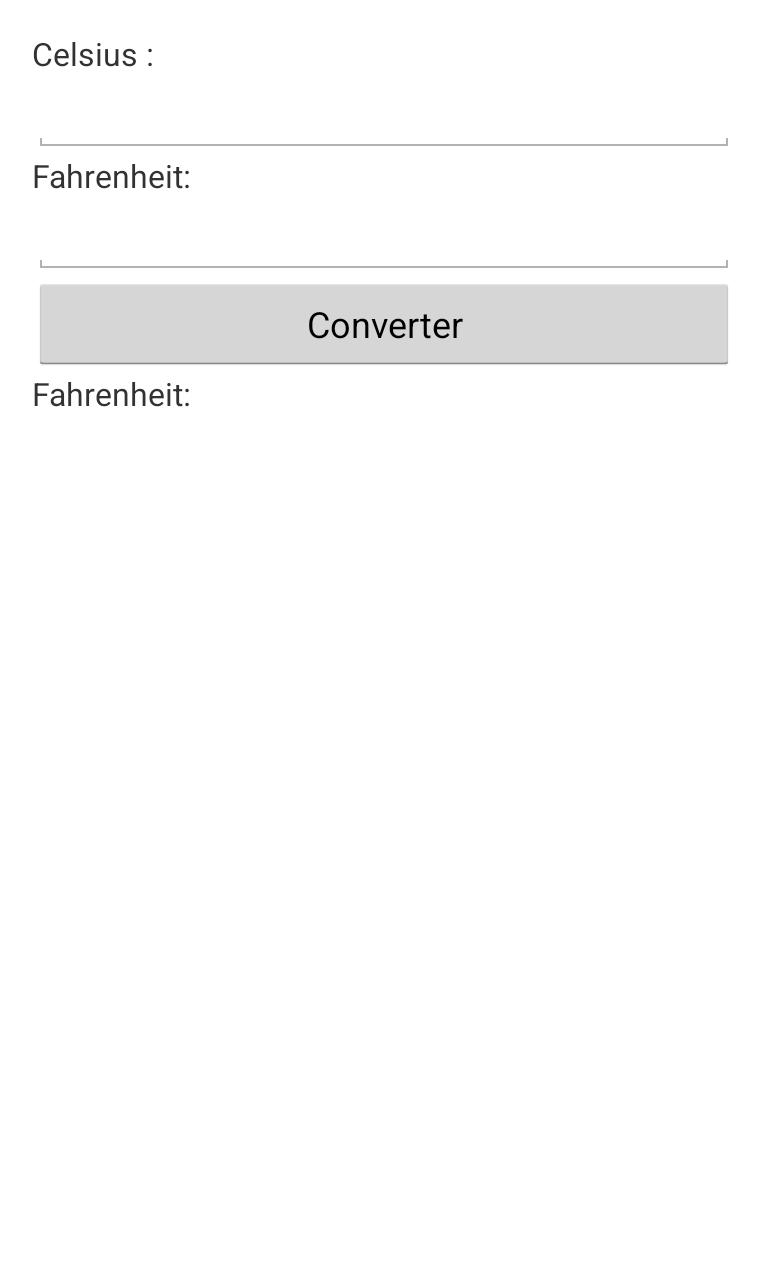
Repository: erickluz/Android
Layout: CelsiusToFahrenheit/res/layout/activity_main.xml
The author's editor kept a copy of each file at every save. The layout is drawn from the files as they stood at one save, then again after the next save.
It is drawn on a 768 x 1280 px phone screen (xhdpi) without system bars, with theme AppTheme; the app's code is not run.

Above is the layout before, as saved 2016-03-15 00:16:13.

### CelsiusToFahrenheit/res/layout/activity_main.xml
<LinearLayout xmlns:android="http://schemas.android.com/apk/res/android"
    xmlns:tools="http://schemas.android.com/tools"
    android:layout_width="match_parent"
    android:layout_height="match_parent"
    android:paddingBottom="@dimen/activity_vertical_margin"
    android:paddingLeft="@dimen/activity_horizontal_margin"
    android:paddingRight="@dimen/activity_horizontal_margin"
    android:paddingTop="@dimen/activity_vertical_margin"
    android:orientation="vertical"
    tools:context="com.erick.celsiustofahrenheit.MainActivity" >

    <TextView
        android:layout_width="wrap_content"
        android:layout_height="wrap_content"
        android:textSize="16sp"
        android:text="@string/celsius" />

  <EditText
      	android:id="@+id/txtCelcius"
      	android:labelFor="@+id/txtCelcius"
      	android:layout_width="fill_parent"
      	android:layout_height="wrap_content"
      	android:inputType="number"/>

    <TextView
        android:layout_width="wrap_content"
        android:layout_height="wrap_content"
        android:textSize="16sp"
        android:text="@string/fahrenheit" />

  <EditText
      	android:id="@+id/txtFahrenheit"
      	android:labelFor="@+id/txtFahrenheit"
      	android:layout_width="fill_parent"
      	android:layout_height="wrap_content"
      	android:inputType="number"/>

  <Button
      	android:id="@+id/btnOk"
      	android:labelFor="@+id/btnOk"
      	android:text="@string/conversao"
      	android:layout_width="fill_parent"
      	android:layout_height="wrap_content"/>

   <TextView
       	android:id="@+id/lblFahrenheit"
        android:layout_width="wrap_content"
        android:layout_height="wrap_content"
        android:textSize="16sp"
        android:text="@string/fahrenheit" />


</LinearLayout>

### CelsiusToFahrenheit/res/values/strings.xml
<?xml version="1.0" encoding="utf-8"?>
<resources>

    <string name="app_name">CelsiusToFahrenheit</string>
    <string name="hello_world">Hello world!</string>
    <string name="action_settings">Settings</string>
    <string name="celsius">Celsius :</string>
    <string name="fahrenheit">Fahrenheit:</string>
    <string name="conversao">Converter</string>
    <string name="temperatura">Temperatura:</string>

</resources>

Loaded but not shown: CelsiusToFahrenheit/res/values/styles.xml (common file); CelsiusToFahrenheit/res/values-v11/styles.xml (common file); CelsiusToFahrenheit/res/values-v14/styles.xml (common file); CelsiusToFahrenheit/res/values/dimens.xml (common file); CelsiusToFahrenheit/res/values-w820dp/dimens.xml (common file)

After the next save:
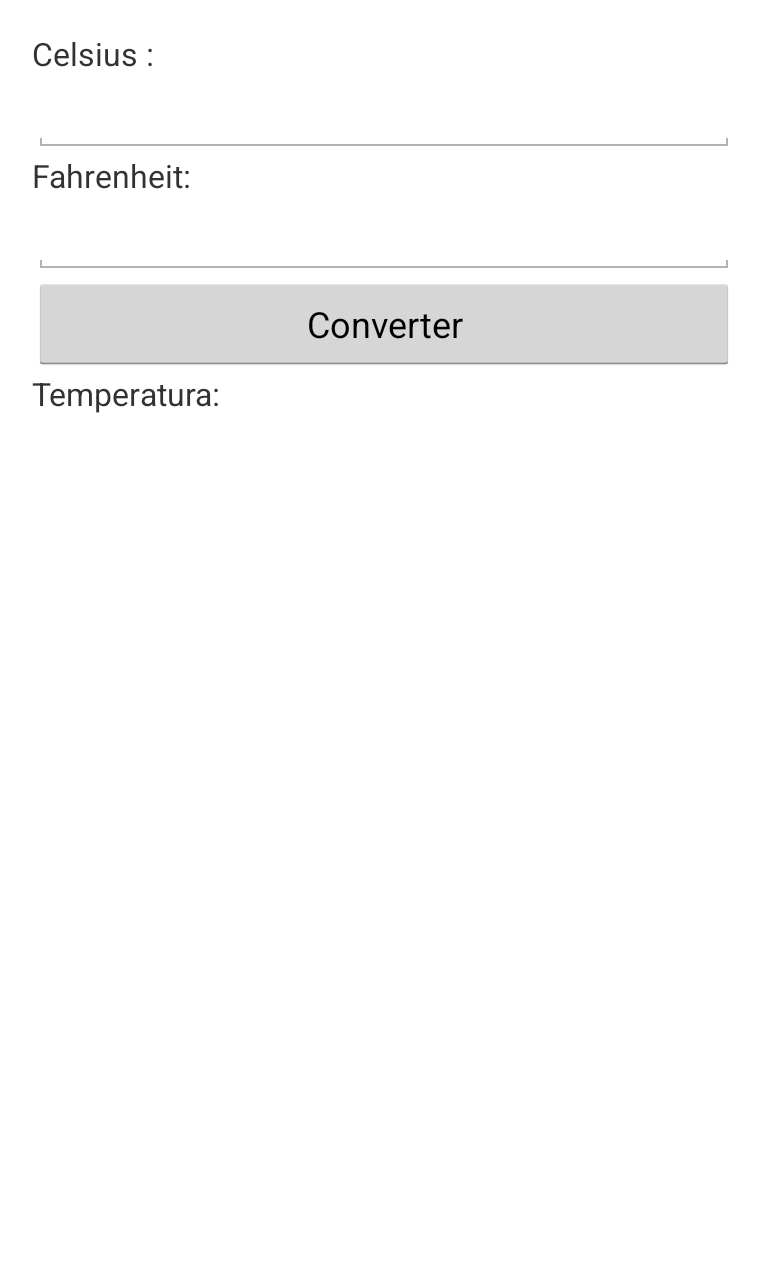
Saved 1 s later.
--- a/CelsiusToFahrenheit/res/layout/activity_main.xml
+++ b/CelsiusToFahrenheit/res/layout/activity_main.xml
@@ -47,7 +47,7 @@
         android:layout_width="wrap_content"
         android:layout_height="wrap_content"
         android:textSize="16sp"
-        android:text="@string/fahrenheit" />
+        android:text="@string/temperatura" />
 
 
 </LinearLayout>
